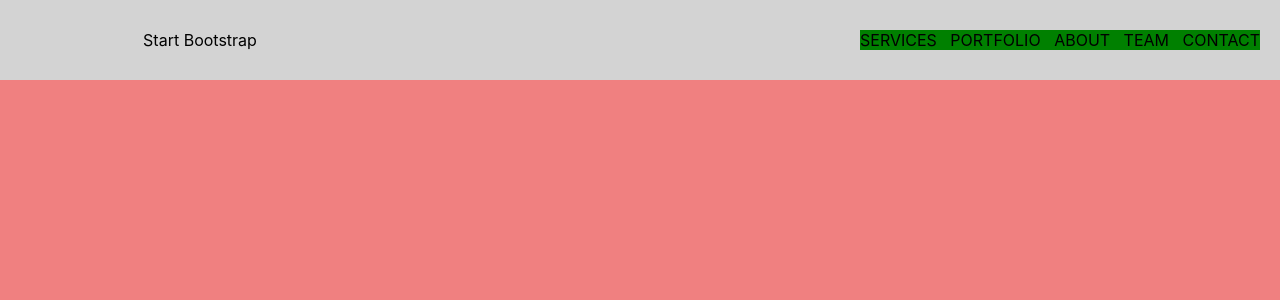
Repository: ooter37/media-queries-afternoon
Page: / (app in portfolio-clone/)
These files come from the project's save history. The page is drawn as it stood at one moment and after the next save; the edit follows.
The browser window is 1280 px wide. The pictures show the whole page.
The project was rebuilt for these pictures with package versions that can differ from the ones it lists, and the page was loaded fresh each time.

Above is the page before, as saved 2020-04-13 14:01:58.

After the next save:
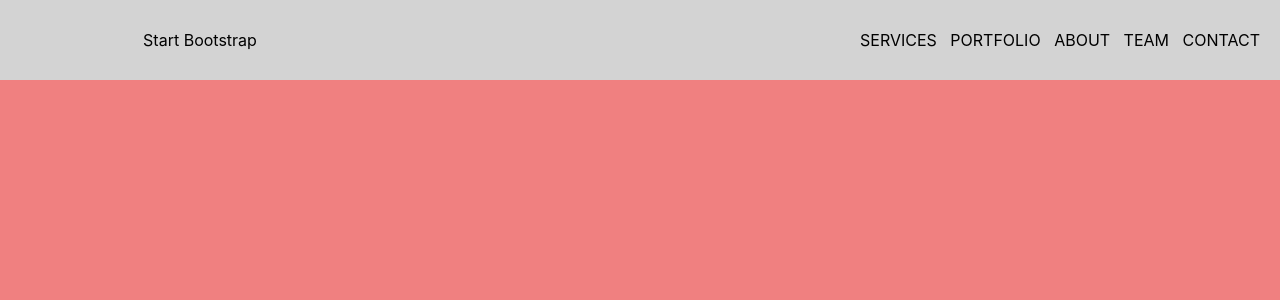
Saved 4 s later.
--- a/portfolio-clone/src/App.css
+++ b/portfolio-clone/src/App.css
@@ -26,7 +26,7 @@ body {
   position: fixed;
   top: 30px;
   right: 20px;
-  background-color: green;
+
 }
 
 .start-bootstrap {
